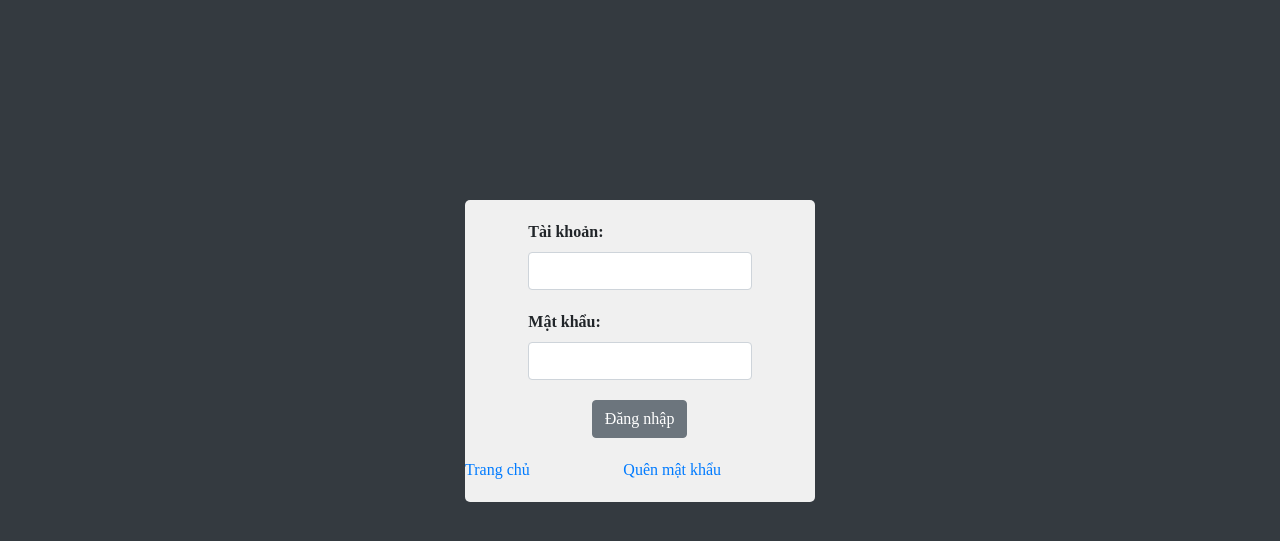
Repository: cuongnh2k/phimmoi
Page: http://localhost/phimmoi/Login.jsp
The author's editor kept a copy of each file at every save. The page is drawn from the files as they stood at one save, then again after the next save.
The browser window is 1280 px wide. The pictures show the whole page.
Some web fonts or font styles are not loaded; a fallback is used. The page is served by Tomcat 9. Nobody is signed in. The application's start-up code is not run. Other server files are loaded and not shown.

Above is the page before, as saved 2021-08-23 02:55:08.

### phimmoi/src/main/webapp/Login.jsp
<%@ page language="java" contentType="text/html; charset=UTF-8"
	pageEncoding="UTF-8"%>
<%@ taglib prefix="c" uri="http://java.sun.com/jsp/jstl/core"%>
<!doctype html>
<html lang="vi-VN">
<head>
<!-- Required meta tags -->
<meta charset="utf-8">
<meta name="viewport"
	content="width=device-width, initial-scale=1, shrink-to-fit=no">
<!-- Bootstrap CSS -->
<link rel="stylesheet"
	href="https://cdn.jsdelivr.net/npm/bootstrap@4.6.0/dist/css/bootstrap.min.css"
	integrity="sha384-B0vP5xmATw1+K9KRQjQERJvTumQW0nPEzvF6L/Z6nronJ3oUOFUFpCjEUQouq2+l"
	crossorigin="anonymous">
<!-- Bootstrap JS -->
<script src="https://code.jquery.com/jquery-3.5.1.slim.min.js"
	integrity="sha384-DfXdz2htPH0lsSSs5nCTpuj/zy4C+OGpamoFVy38MVBnE+IbbVYUew+OrCXaRkfj"
	crossorigin="anonymous"></script>
<script
	src="https://cdn.jsdelivr.net/npm/bootstrap@4.6.0/dist/js/bootstrap.bundle.min.js"
	integrity="sha384-Piv4xVNRyMGpqkS2by6br4gNJ7DXjqk09RmUpJ8jgGtD7zP9yug3goQfGII0yAns"
	crossorigin="anonymous"></script>
<!-- Bootstrap ICON -->
<link rel="stylesheet"
	href="https://cdn.jsdelivr.net/npm/bootstrap-icons@1.5.0/font/bootstrap-icons.css">
<!-- font google -->
<link rel="stylesheet"
	href="https://fonts.googleapis.com/css?family=Sofia">
<title>Đăng nhập</title>
</head>

<style>
.khung {
	margin: auto;
	margin-top: 200px;
}

@media screen and (max-width: 500px) {
	.khung {
		margin-top: 150px;
	}
}

@media screen and (max-width: 450px) {
	.khung {
		margin-top: 100px;
	}
}

@media screen and (max-width: 400px) {
	.khung {
		margin-top: 50px;
	}
}

@media screen and (max-width: 350px) {
	.khung {
		margin-top: 0px;
	}
}
</style>
<body class="bg-dark" style="font-family: Trirong, serif;">
	<div
		style="width: 350px; border-radius: 5px; background-color: rgb(240, 240, 240);"
		class="khung">
		<form action="#" method="post">
			<div class="row">
				<div class="col-2"></div>
				<div class="col-8" style="margin-top: 20px;">
					<label for="taiKhoan"><b>Tài khoản:</b></label>
				</div>
				<div class="col-2"></div>
				<div class="col-2"></div>
				<div class="col-8">
					<input class="form-control" id="taiKhoan" name="taiKhoan"
						type="text">
				</div>
				<div class="col-2"></div>
				<div class="col-2"></div>
				<div class="col-8" style="margin-top: 20px;">
					<label for="matKhau"><b>Mật khẩu:</b></label>
				</div>
				<div class="col-2"></div>
				<div class="col-2"></div>
				<div class="col-8">
					<input class="form-control" id="matKhau" name="matKhau"
						type="password">
				</div>
				<div class="col-2"></div>

				<div class="col-4"></div>
				<div class="col-4" style="margin-top: 20px;">
					<input type="submit" value="Đăng nhập" class="btn btn-secondary">
				</div>
				<div class="col-4"></div>
				<div class="col-5" style="margin-top: 20px; margin-bottom: 20px;">
					<a href="home">Trang chủ</a>
				</div>
				<div class="col-5" style="margin-top: 20px; margin-bottom: 20px;">
					<a href="#">Quên mật khẩu</a>
				</div>
			</div>

		</form>
	</div>
</body>
</html>

After the next save:
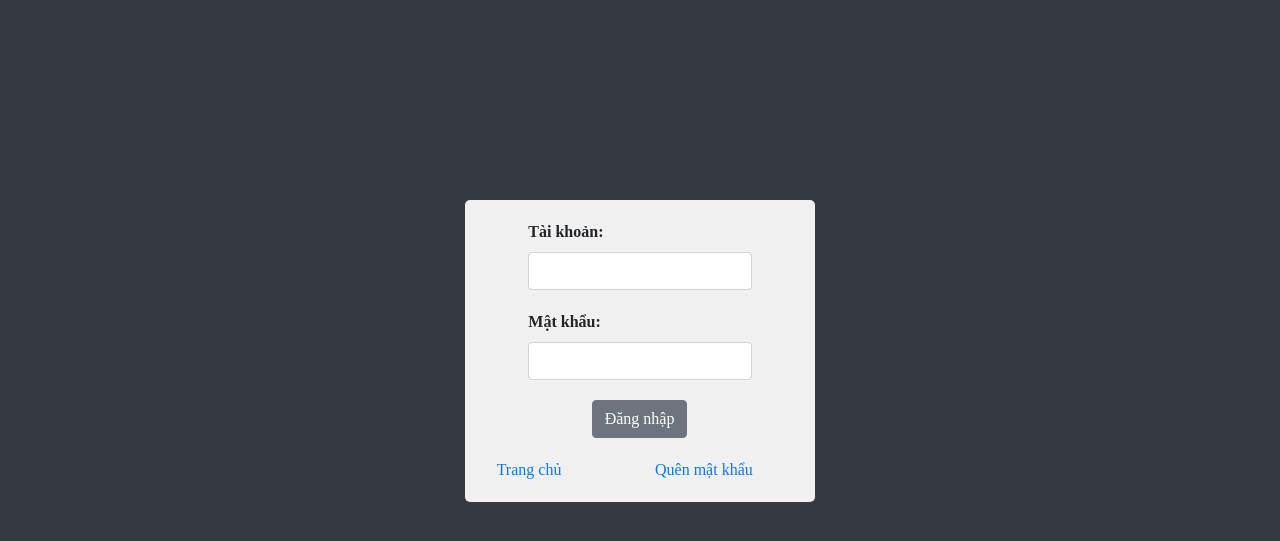
Saved 30 s later.
--- a/phimmoi/src/main/webapp/Login.jsp
+++ b/phimmoi/src/main/webapp/Login.jsp
@@ -94,12 +94,14 @@
 					<input type="submit" value="Đăng nhập" class="btn btn-secondary">
 				</div>
 				<div class="col-4"></div>
+				<div class="col-1"></div>
 				<div class="col-5" style="margin-top: 20px; margin-bottom: 20px;">
 					<a href="home">Trang chủ</a>
 				</div>
 				<div class="col-5" style="margin-top: 20px; margin-bottom: 20px;">
 					<a href="#">Quên mật khẩu</a>
 				</div>
+				<div class="col-1"></div>
 			</div>
 
 		</form>
